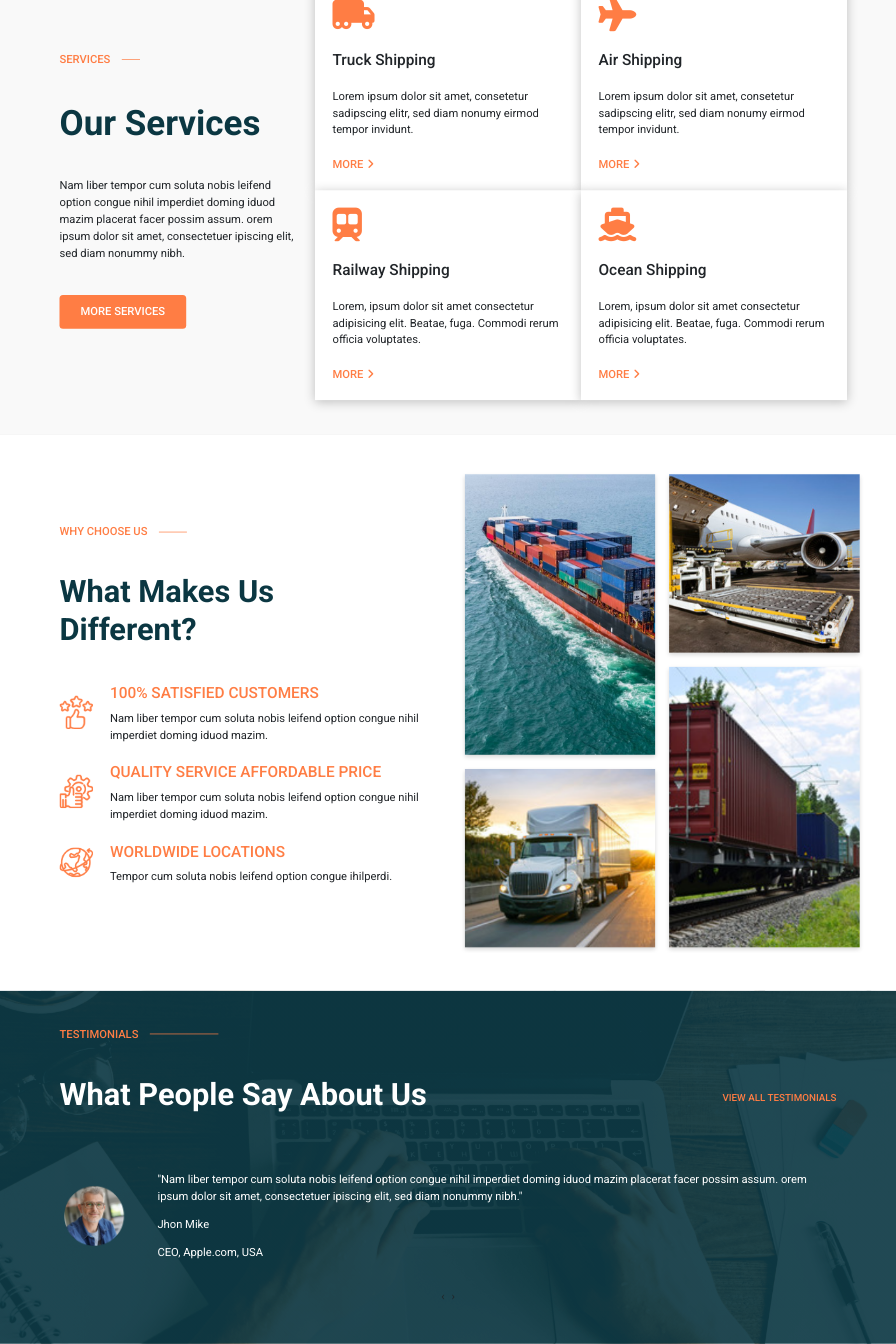
Repository: nazmulalok/shipping-theme
Page: index.html
These files come from the project's save history. The page is drawn as it stood at one moment and after the next save; the edit follows.
The browser window is 1280 px wide. The pictures show the part of the page from y = 1791 to 3711 px (the page is 3711 px tall before and 3695 px after), at 70% of full size.
Some web libraries are served in a nearby version.

Above is the page before, as saved 2022-10-09 11:18:50.

### index.html
<!DOCTYPE html>
<html lang="en">

    <head>
        <meta charset="UTF-8">
        <meta http-equiv="X-UA-Compatible" content="IE=edge">
        <meta name="viewport" content="width=device-width, initial-scale=1.0">
        <link rel="preconnect" href="https://fonts.googleapis.com">
        <link rel="preconnect" href="https://fonts.gstatic.com" crossorigin>
        <link
            href="https://fonts.googleapis.com/css2?family=Roboto:ital,wght@0,300;0,400;0,500;0,700;0,900;1,300;1,400;1,500;1,700;1,900&display=swap"
            rel="stylesheet">
        <link rel="stylesheet"
            href="https://cdnjs.cloudflare.com/ajax/libs/OwlCarousel2/2.3.4/assets/owl.carousel.min.css"
            integrity="sha512-tS3S5qG0BlhnQROyJXvNjeEM4UpMXHrQfTGmbQ1gKmelCxlSEBUaxhRBj/EFTzpbP4RVSrpEikbmdJobCvhE3g=="
            crossorigin="anonymous" referrerpolicy="no-referrer" />
        <link rel="stylesheet"
            href="https://cdnjs.cloudflare.com/ajax/libs/OwlCarousel2/2.3.4/assets/owl.theme.default.min.css"
            integrity="sha512-sMXtMNL1zRzolHYKEujM2AqCLUR9F2C4/05cdbxjjLSRvMQIciEPCQZo++nk7go3BtSuK9kfa/s+a4f4i5pLkw=="
            crossorigin="anonymous" referrerpolicy="no-referrer" />
        <link rel="stylesheet" href="https://cdnjs.cloudflare.com/ajax/libs/font-awesome/6.2.0/css/all.min.css"
            integrity="sha512-xh6O/CkQoPOWDdYTDqeRdPCVd1SpvCA9XXcUnZS2FmJNp1coAFzvtCN9BmamE+4aHK8yyUHUSCcJHgXloTyT2A=="
            crossorigin="anonymous" referrerpolicy="no-referrer" />
        <link rel="stylesheet" href="https://cdn.jsdelivr.net/npm/bootstrap@4.0.0/dist/css/bootstrap.min.css"
            integrity="sha384-Gn5384xqQ1aoWXA+058RXPxPg6fy4IWvTNh0E263XmFcJlSAwiGgFAW/dAiS6JXm" crossorigin="anonymous">
        <link rel="stylesheet" href="style.css">
        <title>Document</title>
    </head>

    <body>
        <header class="header-top">
            <div class="container">
                <div class="top-bar">
                    <p class="m-0">Dolor sit amet, consetetur sadipscing elitr sed diam</p>
                    <div>
                        <span class="mr-4">Shipment Tracker</span>
                        <span>Login</span>
                    </div>
                </div>
                <div class="header-area">
                    <div class="logo">
                        <img src="images/shipping-logo.svg" alt="Shipping Logo">
                    </div>
                    <nav>
                        <ul>
                            <li><a href="#">Home</a></li>
                            <li><a href="#">About Us</a></li>
                            <li><a href="#">Service</a></li>
                            <li><a href="#">Project</a></li>
                            <li><a href="#">Blog</a></li>
                            <li><a href="#">News & Events</a></li>
                            <li><a href="#">Contact Us</a></li>
                        </ul>
                    </nav>
                    <div class="nav-btn">
                        <a class="common-btn mr-3" href="#">Get A Quote</a>
                        <i class="fa-solid fa-ellipsis-vertical"></i>
                    </div>
                </div>
            </div>
        </header>
        <!-- Slider -->
        <section>
            <div class="main-slider">
                <div class="container">
                    <div class="slide-content">
                        <div class="slide-text">
                            <div class="slider-title mb-4">Lorem ips<br>
                                dolor sit ametcon<br>
                                sadips cing</div>
                            <p>Nam liber tempor cum soluta nobis eleifend option</p>
                            <div class="sliderBtn mt-5"><a class="common-btn mr-4" href="#">Get Started Now</a><a
                                    class="common-btn outline-btn" href="#">Learn More</a></div>
                        </div>
                    </div>
                </div>
            </div>
        </section>
        <!-- Slider Ends -->
        <div class="common-sec">
            <div class="container">
                <div class="row align-items-center mb-5">
                    <div class="col-lg-6">
                        <h1 class="border-heading">Duis Autem Vel Eumri
                            Ure Dolor In Hend</h1>
                    </div>
                    <div class="col-lg-6">
                        <p class="ms-4">Nam liber tempor cum soluta nobis eleifend option congue nihil imperdiet doming
                            id quod mazim
                            placerat facer possim assum. Lorem ipsum dolor sit amet, consectetuer adipiscing.</p>
                    </div>
                </div>
                <div class="row mt-5">
                    <div class="col-lg-6">
                        <div class="video-box img-box img-shadow">
                            <img src="images/ship-products.jpg" alt="Ship Products" />
                            <a data-fancybox="" href="" class="video-btn">
                                <i class="fa fa-play"></i>
                            </a>
                        </div>
                        <div class="exp-section">
                            <div class="exp-title ml-4">
                                25
                            </div>
                            <div class="exp-paragraph">
                                Years <br>Experience <br>In It
                            </div>
                            <img src="images/exp-bg.png" alt="Experience">
                        </div>
                    </div>
                    <div class="col-lg-6">
                        <span class="sp-title">About Us</span>
                        <h2 class="mb-5">Lorem Ipsum Dolo
                            Sit Amet Conse</h2>
                        <p class="mb-5">Lorem ipsum dolor sit amet, consetetur sadipscing elitr, sed diam nonumy eirmod
                            tempor
                            invidunt.</p>
                        <div class="boxes">
                            <div class="common-box">
                                <div class="content">
                                    <i class="fa-solid fa-bullseye mb-4"></i>
                                    <div class="box-title mb-4">
                                        Our Mission
                                    </div>
                                    <p class="mb-4">Lorem, ipsum dolor sit amet consectetur adipisicing elit. Beatae,
                                        fuga. Commodi
                                        rerum
                                        officia voluptates.</p>
                                    <a href="#" class="more-btn">More</a>
                                </div>
                            </div>
                            <div class="common-box">
                                <div class="content">
                                    <i class="fa-regular fa-eye mb-4"></i>
                                    <div class="box-title mb-4">
                                        Our Vision
                                    </div>
                                    <p class="mb-4">Lorem, ipsum dolor sit amet consectetur adipisicing elit. Beatae,
                                        fuga. Commodi
                                        rerum
                                        officia voluptates.</p>
                                    <a href="#" class="more-btn">More</a>
                                </div>
                            </div>
                        </div>
                    </div>
                </div>
            </div>
        </div>
        <div class="common-sec service-sec">
            <div class="container">
                <div class="row align-items-center">
                    <div class="col-lg-4">
                        <span class="sp-title">Services</span>
                        <h2 class="mb-5">Our Services</h2>
                        <p class="mb-5">Nam liber tempor cum soluta nobis leifend option congue nihil imperdiet doming
                            iduod mazim placerat facer possim assum. orem ipsum dolor sit amet, consectetuer ipiscing
                            elit, sed diam nonummy nibh.</p>
                        <a href="#" class="common-btn">More Services</a>
                    </div>
                    <div class="col-lg-8">
                        <div class="row">
                            <div class="col-lg-6 p-0">
                                <div class="common-box">
                                    <div class="content">
                                        <i class="fa-solid fa-truck-moving mb-4"></i>
                                        <div class="box-title mb-4">
                                            Truck Shipping
                                        </div>
                                        <p class="mb-4">Lorem ipsum dolor sit amet, consetetur sadipscing elitr, sed
                                            diam nonumy eirmod tempor invidunt.</p>
                                        <a href="#" class="more-btn">More</a>
                                    </div>
                                </div>
                            </div>
                            <div class="col-lg-6 p-0">
                                <div class="common-box">
                                    <div class="content">
                                        <i class="fa-solid fa-plane mb-4"></i>
                                        <div class="box-title mb-4">
                                            Air Shipping
                                        </div>
                                        <p class="mb-4">Lorem ipsum dolor sit amet, consetetur sadipscing elitr, sed
                                            diam nonumy eirmod tempor invidunt.</p>
                                        <a href="#" class="more-btn">More</a>
                                    </div>
                                </div>
                            </div>
                            <div class="col-lg-6 p-0">
                                <div class="common-box">
                                    <div class="content">
                                        <i class="fa-solid fa-train-subway mb-4"></i>
                                        <div class="box-title mb-4">
                                            Railway Shipping
                                        </div>
                                        <p class="mb-4">Lorem, ipsum dolor sit amet consectetur adipisicing elit.
                                            Beatae,
                                            fuga. Commodi
                                            rerum
                                            officia voluptates.</p>
                                        <a href="#" class="more-btn">More</a>
                                    </div>
                                </div>
                            </div>
                            <div class="col-lg-6 p-0">
                                <div class="common-box">
                                    <div class="content">
                                        <i class="fa-solid fa-ship mb-4"></i>
                                        <div class="box-title mb-4">
                                            Ocean Shipping
                                        </div>
                                        <p class="mb-4">Lorem, ipsum dolor sit amet consectetur adipisicing elit.
                                            Beatae,
                                            fuga. Commodi
                                            rerum
                                            officia voluptates.</p>
                                        <a href="#" class="more-btn">More</a>
                                    </div>
                                </div>
                            </div>
                        </div>
                    </div>
                </div>
            </div>
        </div>
        <div class="common-sec why-choose-sec">
            <div class="container">
                <div class="row align-items-center">
                    <div class="col-lg-6">
                        <span class="sp-title">Why Choose Us</span>
                        <h3 class="mb-5">What Makes Us <br>
                            Different?</h3>
                        <div class="why-choose-box">
                            <div class="common-box d-flex align-items-center mb-4">
                                <div class="img-box mr-4">
                                    <img src="images/satisfied-customers.png" alt="Satisfied Customers">
                                </div>
                                <div>
                                    <div class="box-title mb-2">
                                        100% Satisfied Customers
                                    </div>
                                    <p>Nam liber tempor cum soluta nobis leifend option congue nihil imperdiet
                                        doming iduod mazim.</p>
                                </div>
                            </div>
                            <div class="common-box d-flex align-items-center mb-4">
                                <div class="img-box mr-4">
                                    <img src="images/quality-services.png" alt="Quality Services">
                                </div>
                                <div>
                                    <div class="box-title mb-2">
                                        Quality Service Affordable Price
                                    </div>
                                    <p>Nam liber tempor cum soluta nobis leifend option congue nihil imperdiet
                                        doming iduod mazim.</p>
                                </div>
                            </div>
                            <div class="common-box d-flex align-items-center mb-4">
                                <div class="img-box mr-4">
                                    <img src="images/worldwide-locations.png" alt="Worldwide Locations">
                                </div>
                                <div>
                                    <div class="box-title mb-2">
                                        Worldwide Locations
                                    </div>
                                    <p>Tempor cum soluta nobis leifend option congue ihilperdi.</p>
                                </div>
                            </div>
                        </div>
                    </div>
                    <div class="col-lg-6">
                        <div class="img-box">
                            <img src="images/why-choose-shipping.png" alt="Why Choose Shipping">
                        </div>
                    </div>
                </div>
            </div>
        </div>
        <div class="py-50 testimonial-sec">
            <div class="container">
                <span class="sp-title">Testimonials</span>
                <div class="testimonial-heading d-flex justify-content-between">
                    <h3>What People Say About Us</h3>
                    <span class="sp-title no-border">View All Testimonials</span>
                </div>



                <div class="owl-carousel owl-theme mt-5">
                    <div class="item">
                        <div class="common-box d-flex align-items-center">
                            <div class="img-box mr-3">
                                <img src="images/testimonial-user.png" alt="User">
                            </div>
                            <div class="content">
                                <p>"Nam liber tempor cum soluta nobis leifend option congue nihil imperdiet doming iduod
                                    mazim placerat facer possim assum. orem ipsum dolor sit amet, consectetuer ipiscing
                                    elit, sed diam nonummy nibh."</p>
                                <div class="user-details">
                                    <p>Jhon Mike</p>
                                    <p>CEO, Apple.com, USA</p>
                                </div>
                            </div>
                        </div>
                    </div>
                    <div class="item">
                        <div class="common-box d-flex align-items-center">
                            <div class="img-box mr-3">
                                <img src="images/testimonial-user.png" alt="User">
                            </div>
                            <div class="content">
                                <p>"Nam liber tempor cum soluta nobis leifend option congue nihil imperdiet doming iduod
                                    mazim placerat facer possim assum. orem ipsum dolor sit amet, consectetuer ipiscing
                                    elit, sed diam nonummy nibh."</p>
                                <div class="user-details">
                                    <p>Jhon Mike</p>
                                    <p>CEO, Apple.com, USA</p>
                                </div>
                            </div>
                        </div>
                    </div>
                    <div class="item">
                        <div class="common-box d-flex align-items-center">
                            <div class="img-box mr-3">
                                <img src="images/testimonial-user.png" alt="User">
                            </div>
                            <div class="content">
                                <p>"Nam liber tempor cum soluta nobis leifend option congue nihil imperdiet doming iduod
                                    mazim placerat facer possim assum. orem ipsum dolor sit amet, consectetuer ipiscing
                                    elit, sed diam nonummy nibh."</p>
                                <div class="user-details">
                                    <p>Jhon Mike</p>
                                    <p>CEO, Apple.com, USA</p>
                                </div>
                            </div>
                        </div>
                    </div>
                </div>
            </div>
        </div>














        <script src="https://code.jquery.com/jquery-3.2.1.slim.min.js"
            integrity="sha384-KJ3o2DKtIkvYIK3UENzmM7KCkRr/rE9/Qpg6aAZGJwFDMVNA/GpGFF93hXpG5KkN"
            crossorigin="anonymous"></script>
        <script src="https://cdn.jsdelivr.net/npm/popper.js@1.12.9/dist/umd/popper.min.js"
            integrity="sha384-ApNbgh9B+Y1QKtv3Rn7W3mgPxhU9K/ScQsAP7hUibX39j7fakFPskvXusvfa0b4Q"
            crossorigin="anonymous"></script>
        <script src="https://cdn.jsdelivr.net/npm/bootstrap@4.0.0/dist/js/bootstrap.min.js"
            integrity="sha384-JZR6Spejh4U02d8jOt6vLEHfe/JQGiRRSQQxSfFWpi1MquVdAyjUar5+76PVCmYl"
            crossorigin="anonymous"></script>
        <script src="https://cdnjs.cloudflare.com/ajax/libs/jquery/3.6.1/jquery.min.js"
            integrity="sha512-aVKKRRi/Q/YV+4mjoKBsE4x3H+BkegoM/em46NNlCqNTmUYADjBbeNefNxYV7giUp0VxICtqdrbqU7iVaeZNXA=="
            crossorigin="anonymous" referrerpolicy="no-referrer"></script>
        <script src="https://cdnjs.cloudflare.com/ajax/libs/OwlCarousel2/2.3.4/owl.carousel.min.js"
            integrity="sha512-bPs7Ae6pVvhOSiIcyUClR7/q2OAsRiovw4vAkX+zJbw3ShAeeqezq50RIIcIURq7Oa20rW2n2q+fyXBNcU9lrw=="
            crossorigin="anonymous" referrerpolicy="no-referrer"></script>
        <script src="script.js"></script>
    </body>

</html>

Loaded but not shown: script.js (21 lines, source omitted); style.css (511 lines, source omitted)

After the next save:
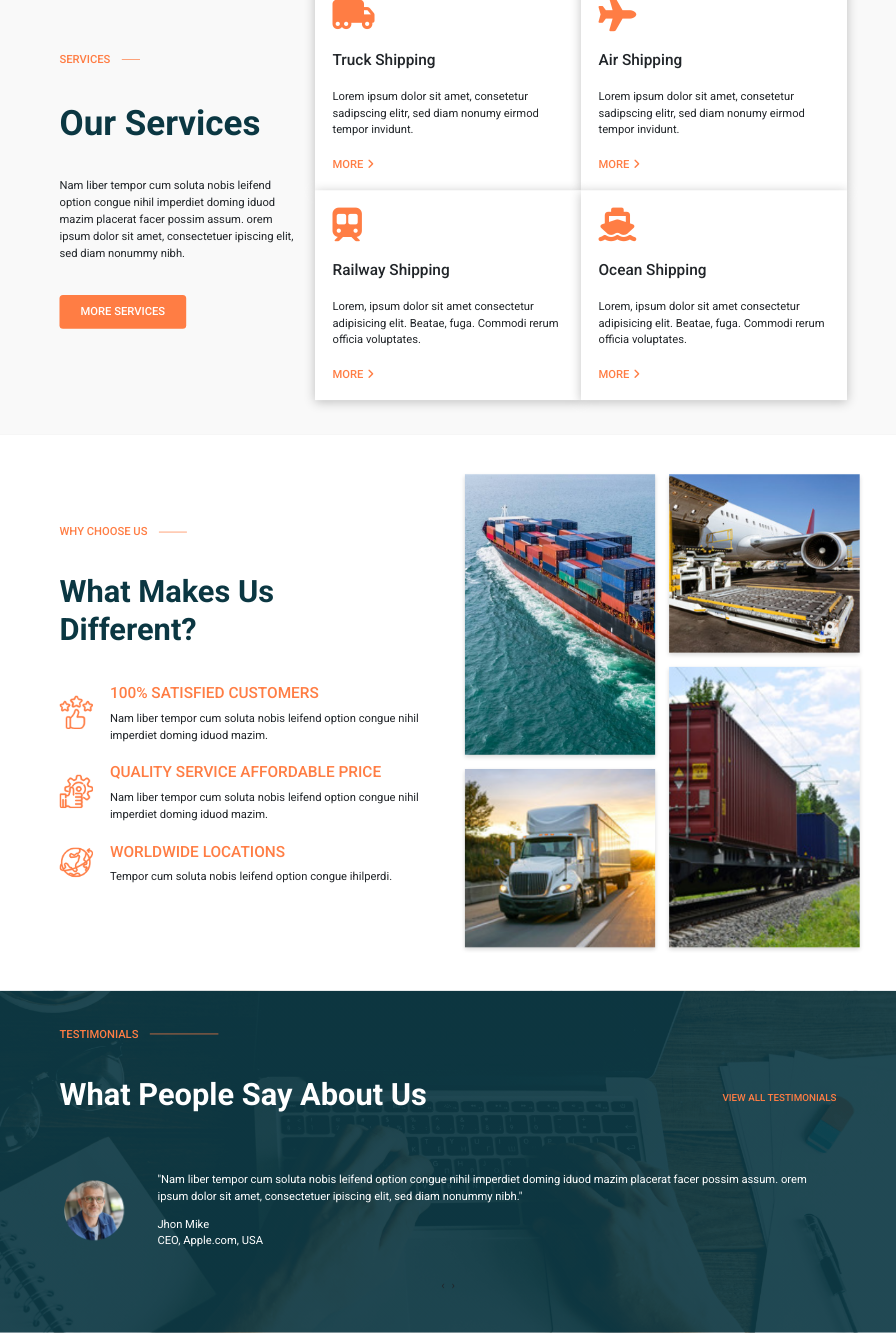
Saved 67 s later.
--- a/index.html
+++ b/index.html
@@ -297,7 +297,7 @@
                                     mazim placerat facer possim assum. orem ipsum dolor sit amet, consectetuer ipiscing
                                     elit, sed diam nonummy nibh."</p>
                                 <div class="user-details">
-                                    <p>Jhon Mike</p>
+                                    <p class="mb-0">Jhon Mike</p>
                                     <p>CEO, Apple.com, USA</p>
                                 </div>
                             </div>
@@ -313,7 +313,7 @@
                                     mazim placerat facer possim assum. orem ipsum dolor sit amet, consectetuer ipiscing
                                     elit, sed diam nonummy nibh."</p>
                                 <div class="user-details">
-                                    <p>Jhon Mike</p>
+                                    <p class="mb-0">Jhon Mike</p>
                                     <p>CEO, Apple.com, USA</p>
                                 </div>
                             </div>
@@ -329,7 +329,7 @@
                                     mazim placerat facer possim assum. orem ipsum dolor sit amet, consectetuer ipiscing
                                     elit, sed diam nonummy nibh."</p>
                                 <div class="user-details">
-                                    <p>Jhon Mike</p>
+                                    <p class="mb-0">Jhon Mike</p>
                                     <p>CEO, Apple.com, USA</p>
                                 </div>
                             </div>
